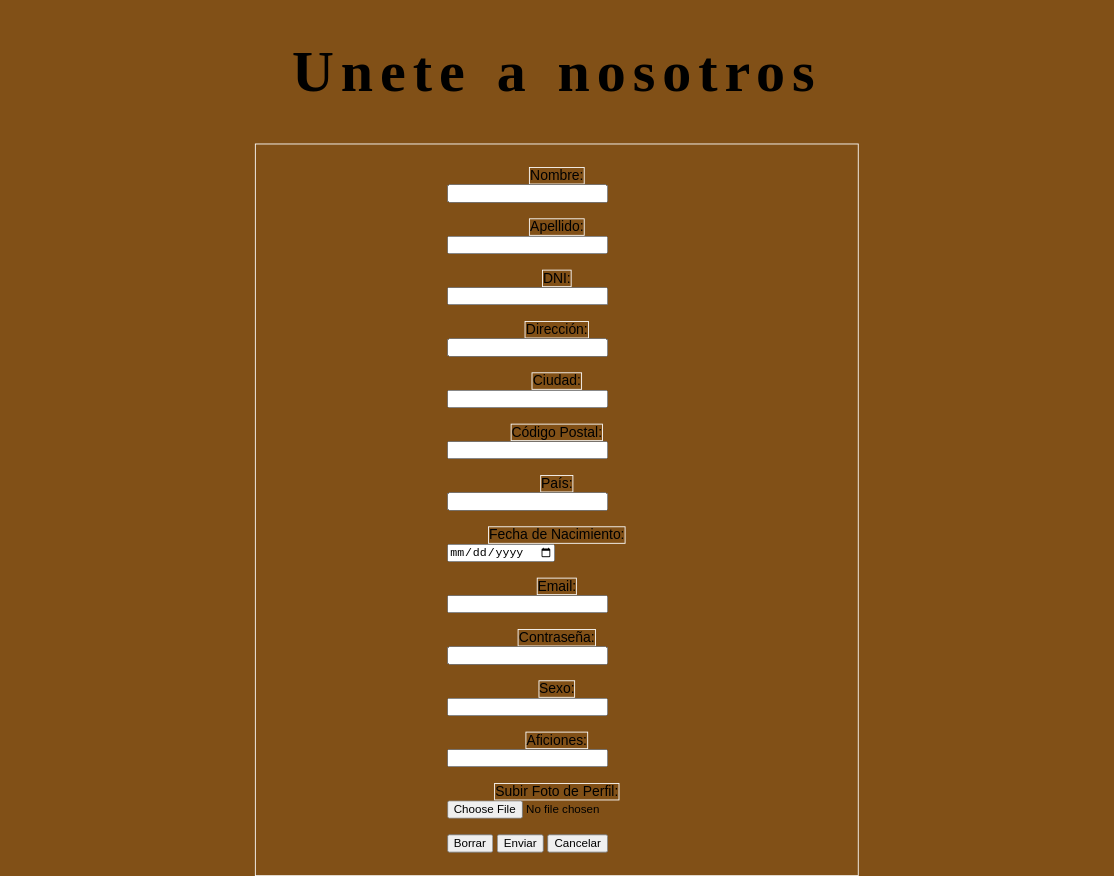
Repository: demoniers/demonIers.github.io
Page: web-lenguajes/src/singin.html
The author's editor kept a copy of each file at every save. The page is drawn from the files as they stood at one save, then again after the next save.
The browser window is 1280 px wide. The pictures show the whole page, at 87% of full size.
Some web fonts or font styles are not loaded; a fallback is used.

Above is the page before, as saved 2025-01-24 12:08:46.

### web-lenguajes/src/singin.html
<!DOCTYPE html>
<html lang="es">
<head>
    <meta charset="UTF-8">
    <meta name="viewport" content="width=device-width, initial-scale=1.0">
    <title>Formulario de Registro</title>
    <link rel="stylesheet" href="../style/style.css">
</head>
<body>
    <h1 class="titulo-centrado">Unete a nosotros</h1>
    <div class="form">
        <div class="formulario">
            <form action="../index.html" method="post">
                <label for="nombre">Nombre:</label>
                <input type="text" id="nombre" name="nombre" required><br><br>

                <label for="apellido">Apellido:</label>
                <input type="text" id="apellido" name="apellido" required><br><br>

                <label for="dni">DNI:</label>
                <input type="text" id="dni" name="dni" pattern="[0-9]{8}[A-Z]{1}" required><br><br>

                <label for="direccion">Dirección:</label>
                <input type="text" id="direccion" name="direccion" pattern="C/ .+ nº [0-9]+" required><br><br>

                <label for="ciudad">Ciudad:</label>
                <input type="text" id="ciudad" name="ciudad" required><br><br>

                <label for="cod_postal">Código Postal:</label>
                <input type="text" id="cod_postal" name="cod_postal" list="cod_postal_list" maxlength="5" required>
                <datalist id="cod_postal_list">
                    <option value="28001">
                    <option value="08002">
                    <option value="41003">
                    <option value="50004">
                    <option value="35005">
                </datalist><br><br>

                <label for="pais">País:</label>
                <input type="text" id="pais" name="pais" required><br><br>

                <label for="f_nacimiento">Fecha de Nacimiento:</label>
                <input type="date" id="f_nacimiento" name="f_nacimiento" required><br><br>

                <label for="email">Email:</label>
                <input type="email" id="email" name="email" pattern=".+@[a-z]+\.es" required><br><br>

                <label for="contrasena">Contraseña:</label>
                <input type="password" id="contrasena" name="contrasena" pattern="_[a-z]{7}_[a-z0-9]{5}&[0-9]{2}        " required><br><br>

                <label for="sexo">Sexo:</label>
                <input type="text" id="sexo" name="sexo" required><br><br>

                <label for="aficiones">Aficiones:</label>
                <input type="text" id="aficiones" name="aficiones" list="aficiones_list" required>
                <datalist id="aficiones_list">
                    <option value="Lectura">
                    <option value="Deportes">
                    <option value="Música">
                    <option value="Viajar">
                </datalist><br><br>

                <label for="foto">Subir Foto de Perfil:</label>
                <input type="file" id="foto" name="foto" accept="image/*" required><br><br>

                <button type="reset">Borrar</button>
                <button type="submit">Enviar</button>
                <button type="button" onclick="window.location.href='../index.html'">Cancelar</button>
            </form>
        </div>
    </div>
</body>
</html>

### web-lenguajes/style/style.css
body {
    margin: 0;
    font-family: Arial, sans-serif;
    display: flex;
    flex-direction: column;
    align-items: center;
    background-color: #815017;
}

@font-face {
    font-family: "Overcooked";
    src: url("https://db.onlinewebfonts.com/t/4d9ee5a678d899047a987f0408b4b052.eot");
    src: url("https://db.onlinewebfonts.com/t/4d9ee5a678d899047a987f0408b4b052.eot?#iefix")format("embedded-opentype"),
    url("https://db.onlinewebfonts.com/t/4d9ee5a678d899047a987f0408b4b052.woff2")format("woff2"),
    url("https://db.onlinewebfonts.com/t/4d9ee5a678d899047a987f0408b4b052.woff")format("woff"),
    url("https://db.onlinewebfonts.com/t/4d9ee5a678d899047a987f0408b4b052.ttf")format("truetype"),
    url("https://db.onlinewebfonts.com/t/4d9ee5a678d899047a987f0408b4b052.svg#Overcooked")format("svg");
}
.titulo-centrado {
    font-family: "Overcooked";
    text-align: center;
    word-spacing: 4px;
    letter-spacing: 8px;
    font-size: 50pt;
}
/* menu superior */
.header {
    position: fixed;
    top: 0;
    width: 100%;
    background-color: #57330b;
    color: #d39f64;
    text-align: center;
    padding: 10px 0;
    z-index: 1000;
}

.header nav a {
    margin: 0 15px;
    text-decoration: none;
    font-size: 18px;
}

.header nav ul li {
    display: inline-block;
    position: relative;
}

.logo-r {
    float: left;
    width: 3%;
    margin-left: 2%;
}

nav ul li a {
    display: block;
    padding: 8px 16px;
    text-decoration: none;
    color: #d39f64;
}

nav ul li ul {
    display: none;
    position: absolute;
    top: 100%;
    left: 0;
    box-shadow: 0px 4px 8px rgba(0, 0, 0, 0.3);
}

nav ul li:hover ul {
    display: block;
}
.subitemul {
    text-align: center;
    background-color:#6b43159c;
}
.subitemul:hover {
    background-color: #d39f646c;
    color: #6b4315;
}

/*###############################################################################*/

.container {
    display: grid;
    justify-content: space-between;
    width: 72%;
    margin-bottom: 70px;
}

/* ### CENTRO PAGINA PRINCIPAL ###*/
.content {
    background-image: url("../img/fondo.png");
    background-size: cover;
    background-repeat: no-repeat;
    flex-grow: 1;
    padding: 0;
    display: flex;
}

/* caja central y animacion */
.bienvenida {
    display: flex;
    align-items: center;
    width: 100%;
    padding: 25%;
    margin: 0;
    text-align: center;
    animation-name: agrandar-texto;
    animation-duration: 3s;
    animation-fill-mode: forwards;
}

@keyframes agrandar-texto {
    0% {
        background-color: #00000000;
        color: #d39f6400;
    }

    100% {
        background-color: rgba(0, 0, 0, 0.400);
        color: #d39f64;
    }
}

/* #################################################### */
.bienvenida button {
    background-color: #000000;
    color: #d39f64;
    width: 25%;
    padding: 2%;
    text-align: center;
}

.bienvenida a {
    text-decoration: none;
}

/* Barras laterales*/
.sidebar {
    width: 10%;
    padding: 2%;
    background-color: #815017;
    height: 1000px;
}

.cuerpo {
    color: #d39f64;
}

.caja-publi {
    border: #d39f6486 double 3px;
    margin-top: 35%;
    width: fit-content;
}

.caja-publi img {
    margin-top: 5%;
    width: 95%;
    height: 300px;
}

.derecha {
    position: fixed;
    right: 0%;
}

.izquierda {
    position: fixed;
    left: 0%;
}

.footer {
    background-color: #57330b;
    color: #d39f64;
    text-align: center;
    height: 50px;
    padding: 10px;
    position: fixed;
    bottom: 0;
    width: 100%;
}


/* HORARIO */
table {
    animation: ampli-table forwards 5s;
}
@keyframes ampli-table {
    0% {
        width: 0%;
        margin-right: 0%;
    }
    25% {margin-right:25%;}
    50% {margin-right:50%;}
    75% {margin-right:25%;}
    100% {
        width: 50%;
        margin-right: auto;
    }

}
table {
    margin: auto;
    border-collapse: collapse;
    font-size: 18px;
    text-align: left;
}

th, td {
    padding: 12px;
    border: 1px solid #ddd;
}

th {
    background-color: #f2f2f2;
}

.table-header {
    text-align: center;
    font-size: 24px;
    animation: colorhead forwards 5s;
}
@keyframes colorhead {
    0% {
        background-color: #a0662400;
        color: black
    ;}
    100% {
        background-color: #a06624;
        color: white;
    }

}
.form {
    margin: 5%;
    width: 90%;
}
.Formulario {
    margin: 5%;
    width: 75%;
    border: solid #d39f64 1px;
}

/* ####### FORMULARIO ############ */
.form {
    border: solid 1px white;
    margin: auto;
    width: 50%;
    padding: 2%;
}
.formulario {
    justify-self: center;
}
form label {
    border: white solid 1px;
    display: block;
    justify-self: center;
}
}
form input {
    border: white solid 1px;
    display: block;
    justify-items: center;
    width: 200px;
}

After the next save:
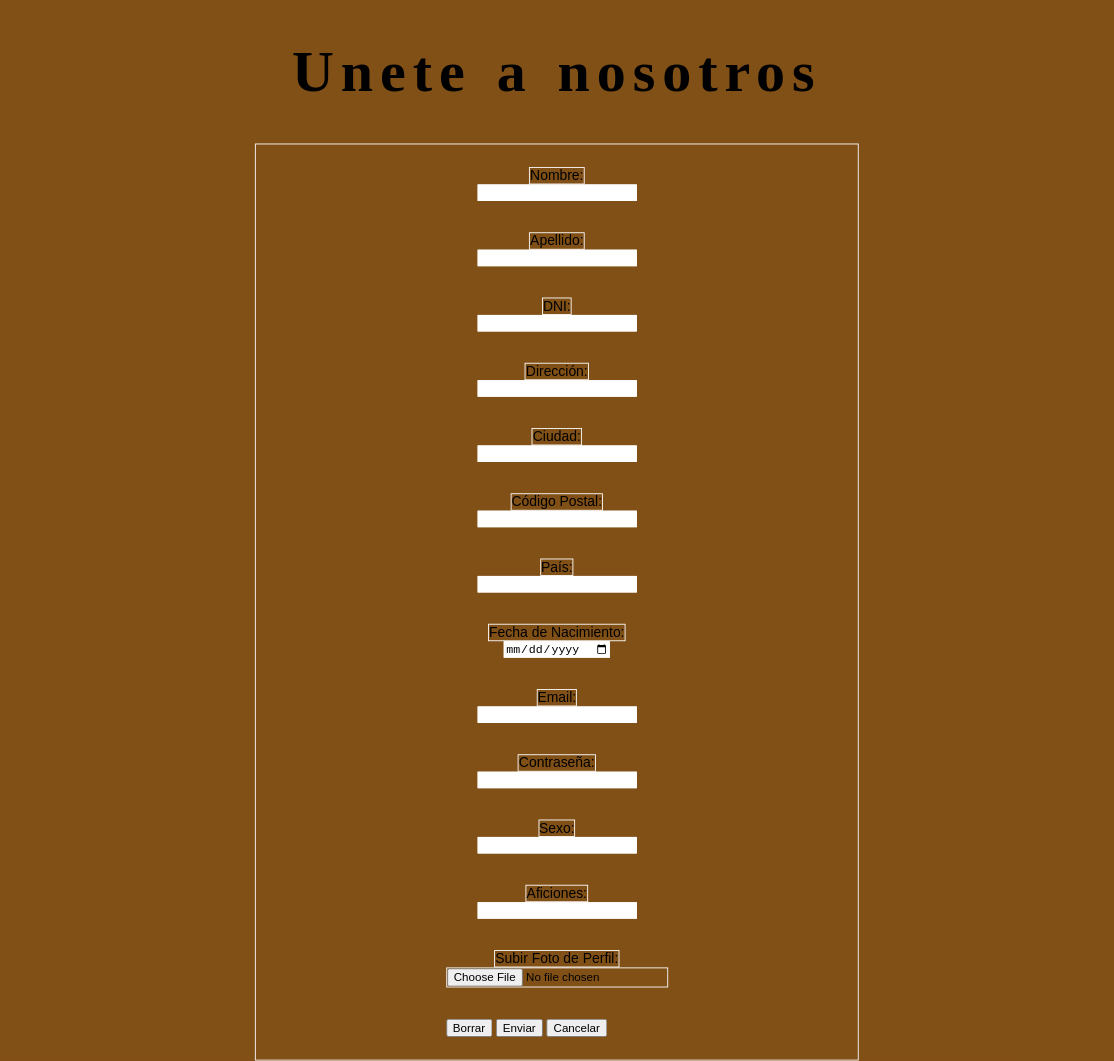
Saved 29 s later.
--- a/web-lenguajes/style/style.css
+++ b/web-lenguajes/style/style.css
@@ -257,10 +257,8 @@ form label {
     display: block;
     justify-self: center;
 }
-}
 form input {
     border: white solid 1px;
     display: block;
-    justify-items: center;
-    width: 200px;
-}
+    justify-self: center;
+}
